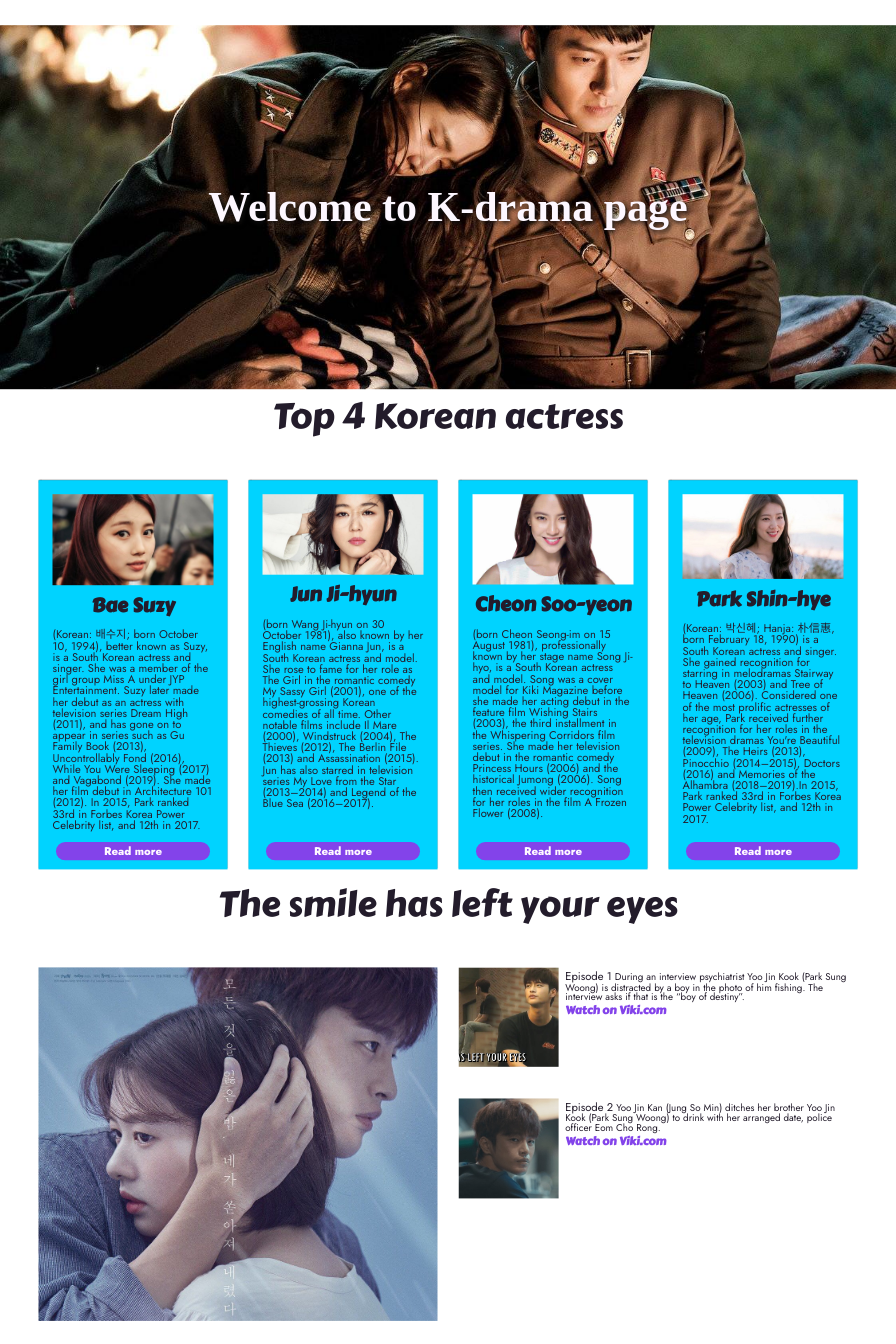
Repository: michalskirobert/K-drama-website
Page: index.html
The author's editor kept a copy of each file at every save. The page is drawn from the files as they stood at one save, then again after the next save.
The browser window is 1280 px wide. The pictures show the part of the page from y = 0 to 1920 px (the page is 2752 px tall), at 70% of full size.
A picture or video elsewhere on the page could not be fetched, so the positions and the page height are approximate. Some web fonts or font styles are not loaded; a fallback is used.

Above is the page before, as saved 2020-10-29 22:13:36.

### index.html
<!DOCTYPE html>
<html lang="en">

<head>
  <meta charset="UTF-8" />
  <meta name="viewport" content="width=device-width, initial-scale=1.0" />
  <meta name="author" content="Robert Michalski" />
  <meta name="description" content="Websie about K-drama" />
  <meta name="keywords" content="k-drama, korea, south" />
  <link rel="stylesheet" href="./css/style.css" />
  <link
    href="https://fonts.googleapis.com/css2?family=Roboto:ital,wght@0,100;0,300;0,400;0,500;0,700;0,900;1,100;1,300;1,400;1,500;1,700;1,900&display=swap"
    rel="stylesheet">
  <meta property="og:site_name" content="K-dramas" />
  <meta property="og:url" content="www.example.com" />
  <meta property="og:type" content="website" />
  <meta name="title" property="og:title" content="K-dramas are awesome!" />
  <meta name="image" property="og:image" content="./image/banner.jpg" />
  <meta property="og:image:type" content="image/png">
  <meta property="og:image:width" content="1024">
  <meta property="og:image:height" content="1024">
  <title>K-drama world</title>
</head>

<body>
  <header>
    <nav>
      <a href="./index.html" class="logo">Drama<span>.kr</span></a>
      <ul class="nav-list">
        <li><a href="#" class="nav-links">Home</a></li>
        <li><a href="#" class="nav-links">Dramas</a></li>
        <li><a href="#" class="nav-links">About</a></li>
        <li><a href="#" class="nav-links">Contact</a></li>
      </ul>
    </nav>
  </header>
  <main>
    <section class="banner">
      <div class="vertical__text">
        <h2>Welcome to K-drama page</h2>
      </div>
    </section>
    <section class="home main--box">
      <h1>Top 4 Korean actress</h1>
      <div class="container">
        <div class="box__item">
          <div class="box">
            <img src="./img/actress/bae__suzy.jpg" alt="Bae Suzy" id="suzyBae" /></a>
            <h2>Bae Suzy</h2>
            <p>
              (Korean: 배수지; born October 10, 1994), better known as Suzy, is a South Korean actress and
              singer. She was a member of the girl group Miss A under JYP Entertainment. Suzy later made her debut as an
              actress with television series Dream High (2011), and has gone on to appear in series such as Gu Family
              Book (2013), Uncontrollably Fond (2016), While You Were Sleeping (2017) and Vagabond (2019). She made her
              film debut in Architecture 101 (2012). In 2015, Park ranked 33rd in Forbes Korea Power Celebrity list, and
              12th in 2017.
            </p>
            <div class="btn__item">
              <a href="https://en.wikipedia.org/wiki/Bae_Suzy" target="_blank" class="box__button">Read more</a>
            </div>
          </div>
        </div>
        <div class="box__item">
          <div class="box">
            <img src="./img/actress/Jun_Ji_Hyun.jpg" alt="Jun ji hyun" id="junJiHyun">
            <h2>Jun Ji-hyun</h2>
            <p>
              (born Wang Ji-hyun on 30 October 1981), also known by her English name Gianna Jun, is a South
              Korean actress and model. She rose to fame for her role as The Girl in the romantic comedy My Sassy Girl
              (2001), one of the highest-grossing Korean comedies of all time. Other notable films include Il Mare
              (2000), Windstruck (2004), The Thieves (2012), The Berlin File (2013) and Assassination (2015).
              Jun has also starred in television series My Love from the Star (2013–2014) and Legend of the Blue Sea
              (2016–2017).
            </p>
            <div class="btn__item">
            <a href="https://en.wikipedia.org/wiki/Jun_Ji-hyun" target="_blank" class="box__button">Read more</a>
            </div>
          </div>
        </div>
        <div class="box__item">
          <div class="box">
            <img src="./img/actress/song-ji-hyo.jpg" alt="Cheon Soo-yeon" id="cheonSooYeon" />
            <h2>Cheon Soo-yeon</h2>
            <p>
              (born Cheon Seong-im on 15 August 1981), professionally known by her stage name Song Ji-hyo, is a South
              Korean actress and model. Song was a cover model for Kiki Magazine before she made her acting debut in the
              feature film Wishing Stairs (2003), the third installment in the Whispering Corridors film series. She
              made her television debut in the romantic comedy Princess Hours (2006) and the historical Jumong (2006).
              Song then received wider recognition for her roles in the film A Frozen Flower (2008).
            </p>
            <div class="btn__item">
            <a href="https://en.wikipedia.org/wiki/Song_Ji-hyo" class="box__button">Read more</a>
            </div>
          </div>
        </div>
        <div class="box__item">
          <div class="box">
            <img src="./img/actress/park_shinhye.jpg" alt="Park Shin-hye" id="parkShinHye" />
            <h2>Park Shin-hye</h2>
            <p>
              (Korean: 박신혜; Hanja: 朴信惠, born February 18, 1990) is a South Korean actress and singer. She gained
              recognition for starring in melodramas Stairway to Heaven (2003) and Tree of Heaven (2006). Considered one
              of the most prolific actresses of her age, Park received further recognition for her roles in the
              television dramas You're Beautiful (2009), The Heirs (2013), Pinocchio (2014–2015), Doctors (2016) and
              Memories of the Alhambra (2018–2019).In 2015, Park ranked 33rd in Forbes Korea Power Celebrity list, and
              12th in 2017.
            </p>
            <div class="btn__item">
            <a href="https://en.wikipedia.org/wiki/Park_Shin-hye" target="_blank" class="box__button">Read more</a>
            </div>
          </div>
        </div>
      </div>
      </div>
    </section>
    <section class="drama__list">
      <h2>The smile has left your eyes</h2>
      <div class="container container--drama">
        <div class="image__container__item">
          <img src="./img/dramas/theSmileHasLeftYourEyes.jpg" alt="">
        </div>
        <div class="drama__container">
          <div class="box__item box__item--drama">
            <div class="box box--drama">
              <img src="./img/dramas/tshlEp1.jpg" alt="">
              <p>
                <b>Episode 1</b>
                During an interview psychiatrist Yoo Jin Kook (Park Sung Woong) is distracted by a boy in the photo of
                him fishing. The interview asks if that is the “boy of destiny”.
              </p>
              <a href="https://www.viki.com/tv/36185c-the-smile-has-left-your-eyes" target="_blank">Watch on
                Viki.com</a>
            </div>
          </div>
          <div class="box__item box__item--drama">
            <div class="box box--drama">
              <img src="./img/dramas/tshlEp2.jpg" alt="">
              <p>
                <b>Episode 2</b>
                Yoo Jin Kan (Jung So Min) ditches her brother Yoo Jin Kook (Park Sung Woong) to drink with her arranged
                date, police officer Eom Cho Rong.
              </p>
              <a href="https://www.viki.com/tv/36185c-the-smile-has-left-your-eyes" target="_blank">Watch on
                Viki.com</a>
            </div>
          </div>
        </div>
      </div>
      <h2>Descendants of the Sun</h2>
      <div class="container container--drama">
        <div class="image__container__item desc">
          <img src="./img/dramas/Descendants_of_the_Sun.jpg" alt="Descendants of the Sun">
        </div>
        <div class="content__box">
          <p>Descendants of the Sun (Korean: 태양의 후예; RR: Taeyang-ui Huye) is a 2016 South Korean television series
            starring Song Joong-ki, Song Hye-kyo, Jin Goo, and Kim Ji-won. It aired on KBS2 from February 24
            to April 14, 2016 for 16 episodes. KBS then aired three additional special episodes from April 20 to
            April 22, 2016 containing highlights and the best scenes from the series, the drama's production process,
            behind-the-scenes footage, commentaries from cast members and the final epilogue. <br>

            The series was a major hit in South Korea where it drew a peak audience share of 38.8%. It received
            several awards, such as winning the Grand Prize in television at the 52nd Baeksang Arts Awards; and was
            named the Most Popular Show of the year by Korea Broadcasting Advertising Corporation. <br>

            The show was broadcast across Asia where it was hugely popular and has been credited with a rise in
            tourism to Korea. A local adaptation has aired in Vietnam and adaptations are planned in
            China and the Philippines.. The actors in the show also received international recognition.
          </p>
          <a href="https://www.viki.com/tv/23205c-descendants-of-the-sun">Watch on Viki.com</a>
        </div>
      </div>
      </div>
      </div>
    </section>
  </main>
  <footer>
    <div class="container__footer">
      <div class="nav__item">
        <ul class="nav-list footer">
          <li><b class="footerHeading">Menu</b></li>
          <li><a href="#">Home</a></li>
          <li><a href="#">Dramas</a></li>
          <li><a href="#">About</a></li>
          <li><a href="#">Contact</a></li>
        </ul>
        <ul class="social-media">
          <li><b class="footerHeading">Social Media</b></li>
          <li><a href="#">Facebook</a></li>
          <li><a href="#">Twitter</a></li>
          <li><a href="#">YouTube</a></li>
          <li><a href="#">Instagram</a></li>
        </ul>
        <ul class="service">
          <li><b class="footerHeading">Service</b></li>
          <li><a href="#">Support</a></li>
          <li><a href="#">Join us</a></li>
          <li><a href="#">Label</a></li>
          <li><a href="#">Shop</a></li>
        </ul>
        <ul class="partners">
          <li><b class="footerHeading">Partners</b></li>
          <li><a href="#">Viki.com</a></li>
          <li><a href="#">Enjoy.com</a></li>
          <li><a href="#">SoutKorea.kr</a></li>
          <li><a href="#">Naver.com</a></li>
        </ul>
      </div>
      <div class="form__newsletter">
        <div id="hidden__communicate">
        </div>
        <label for="mail">Newsletter</label>
        <input type="email" name="mail" id="valid__mail" placeholder="your e-mail"><input type="submit" value="Send"
          id="button" onclick="sendButton()">
      </div>
  </footer>
</body>
<script type="text/javascript" src="./js/index.js"></script>

</html>

### css/style.css
/*made by Robert Michalski*/

@import "reset.css";

/* carter-one-regular - latin */
@font-face {
  display: swap;
  font-family: "Carter One";
  font-style: normal;
  font-weight: 400;
  src: local("Carter One"), local("CarterOne"),
    url("./fonts/carter-one-v12-latin-regular.woff2") format("woff2"),
    /* Chrome 26+, Opera 23+, Firefox 39+ */
      url("./fonts/carter-one-v12-latin-regular.woff") format("woff"); /* Chrome 6+, Firefox 3.6+, IE 9+, Safari 5.1+ */
}

/* gloria-hallelujah-regular - latin */
@font-face {
  display: swap;
  font-family: "Gloria Hallelujah";
  font-style: normal;
  font-weight: 400;
  src: local("Gloria Hallelujah"), local("GloriaHallelujah"),
    url("./fonts/gloria-hallelujah-v12-latin-regular.woff2") format("woff2"),
    /* Chrome 26+, Opera 23+, Firefox 39+ */
      url("./fonts/gloria-hallelujah-v12-latin-regular.woff") format("woff"); /* Chrome 6+, Firefox 3.6+, IE 9+, Safari 5.1+ */
}

/* jost-regular - latin */
@font-face {
  font-family: "Jost";
  font-style: normal;
  font-weight: 400;
  src: local(""), url("./fonts/jost-v4-latin-regular.woff2") format("woff2"),
    /* Chrome 26+, Opera 23+, Firefox 39+ */
      url("./fonts/jost-v4-latin-regular.woff") format("woff"); /* Chrome 6+, Firefox 3.6+, IE 9+, Safari 5.1+ */
}
/* jost-600 - latin */
@font-face {
  font-family: "Jost";
  font-style: normal;
  font-weight: 600;
  src: local(""), url("./fonts/jost-v4-latin-600.woff2") format("woff2"),
    /* Chrome 26+, Opera 23+, Firefox 39+ */
      url("./fonts/jost-v4-latin-600.woff") format("woff"); /* Chrome 6+, Firefox 3.6+, IE 9+, Safari 5.1+ */
}
/* jost-800 - latin */
@font-face {
  font-family: "Jost";
  font-style: normal;
  font-weight: 800;
  src: local(""), url("./fonts/jost-v4-latin-800.woff2") format("woff2"),
    /* Chrome 26+, Opera 23+, Firefox 39+ */
      url("./fonts/jost-v4-latin-800.woff") format("woff"); /* Chrome 6+, Firefox 3.6+, IE 9+, Safari 5.1+ */
}
/* jost-italic - latin */
@font-face {
  font-family: "Jost";
  font-style: italic;
  font-weight: 400;
  src: local(""), url("./fonts/jost-v4-latin-italic.woff2") format("woff2"),
    /* Chrome 26+, Opera 23+, Firefox 39+ */
      url("./fonts/jost-v4-latin-italic.woff") format("woff"); /* Chrome 6+, Firefox 3.6+, IE 9+, Safari 5.1+ */
}

:root {
  --ff-primary: "Jost", sans-serif;
  --ff-secondary: "Carter One";
  --ff-unique: "Gloria Hallelujah";

  --fw-h2: 600;
  --fw-h3: 900;
  --fw-p: 400;

  --fs-h1: 30px;
  --fs-h2: 28px;
  --fs-h3: 20px;
  --fs-p: 16px;

  --crl-primary: #8343ea;
  --crl-secondary: #9d89b3;
  --crl-tertiary: #00d3ff;
  --crl-default: #231c2b;
  --crl-basic: #fdf7ff;
}

*,
*::after,
*::before {
  box-sizing: border-box;
  margin: 0;
  padding: 0;
  text-decoration: none;
  font-family: var(--ff-primary);
  color: var(--crl-default);
}

header {
  width: 100vw;
  position: fixed;
  background-image: linear-gradient(
    to right top,
    #8343ea,
    #8b52e0,
    #9160d6,
    #966dcb,
    #9a79c1,
    #9685c7,
    #9390cc,
    #939acf,
    #83a8e1,
    #6cb6f0,
    #4ac5f9,
    #00d3fd
  );
  max-height: 12vh;
  box-shadow: 0 0 5px #111;
  padding-bottom: 15px;
  z-index: 255;
}

@media screen and (min-width: 768px) {
  header {
    padding: 0;
  }
}

nav {
  display: flex;
  flex-direction: column;
  align-items: center;
}

main {
  padding-top: 5vh;
}

h1,
h2,
h3,
h4,
h5,
h6 {
  font-family: var(--ff-secondary);
  padding: 15px 0;
}

h1,
h2 {
  text-align: center;
  margin: 0 auto;
}

h1 {
  font-size: var(--fs-h1);
}

h2 {
  font-size: var(--fs-h2);
}

h3 {
  font-size: var(--fs-h3);
}

p,
b,
i,
label {
  font-family: var(--ff-primary);
  font-size: var(--fs-p);
}

i {
  font-weight: 400;
}

.box__button {
  font-family: var(--ff-primary);
}

@media only screen and (min-width: 768px) {
  nav {
    display: flex;
    flex-direction: row;
    flex-wrap: wrap;
    align-items: center;
    justify-content: space-between;
    padding: 0 25px;
  }
}

.logo {
  font-size: 34px;
  color: var(--crl-basic);
  font-family: var(--ff-unique);
  display: flex;
  align-items: center;
  line-height: 50px;
}

@media screen and (min-width: 768px) {
  .logo {
    width: 55px;
  }
}

.logo span {
  color: var(--crl-tertiary);
  font-size: 0.5em;
  transition: font-size 0.5s ease;
}

.logo:hover {
  font-size: 34px;
  color: var(--crl-tertiary);
}

.logo:hover > span {
  color: var(--crl-default);
  font-size: 34px;
}

.nav-list {
  display: flex;
  list-style: none;
  justify-content: space-around;
}

.nav-list li {
  padding-left: 15px;
}

.nav-links {
  color: var(--crl-basic);
  font-size: 18px;
}

.nav-links:hover,
.nav-links:focus {
  color: var(--crl-tertiary);
  font-size: 18px;
  font-weight: bold;
  transition: 0.5s ease;
  border: none;
}

.container {
  padding-top: 50px;
  max-width: 1200px;
  display: flex;
  flex-direction: column;
}

.container img {
  text-align: center;
  margin: 0 auto;
  display: block;
  width: 100%;
}

.box__item h2 {
  font-size: var(--fs-h2);
  font-weight: var(--fw-h2);
  margin-bottom: 5px;
}
.box {
  display: flex;
  position: relative;
  flex-direction: column;
  padding: 20px;
  box-shadow: 0 0 2px #111;
  overflow: hidden;
  height: calc(100% + 35px);
  background-color: var(--crl-tertiary);
}

.box--drama {
  background-color: transparent;
}

.banner {
  background-image: url(./../img/banner.jpg);
  background-position: center;
  background-size: cover;
  background-repeat: no-repeat;
  height: calc(100vh - 200px);
  width: 100%;
  display: table;
}
.vertical__text {
  display: table-cell;
  vertical-align: middle;
}
.banner h2 {
  font-size: 60px;
  font-weight: 900;
  line-height: 70px;
  color: var(--crl-basic);
  text-align: center;
  text-shadow: 2px 2px 8px #111;
  display: block;
  font-family: var(--ff-unique);
}
.box__item {
  display: flex;
  margin-bottom: 15px;
  padding: 0 15px 30px 15px;
}
a {
  font-family: var(--ff-secondary);
  color: var(--crl-primary);
  font-weight: bold;
}
a:hover {
  color: red;
  font-size: 17px;
  font-weight: 900;
  transition: 0.5s;
}
@media only screen and (min-width: 768px) {
  .container {
    margin-top: 50px;
    flex-direction: row;
    flex-wrap: wrap;
  }
  .box__item {
    display: flex;
    flex-basis: 50%;
    padding: 0 15px 30px 15px;
  }
}

.box__button {
  display: inline-block;
  width: calc(100% - 50px);
  font-size: 16px;
  border: none;
  color: var(--crl-basic);
  font-weight: 900;
  padding: 5px;
  border-radius: 150px;
  background-color: var(--crl-primary);
}
.box__button:hover {
  background-color: var(--crl-secondary);
  color: var(--crl-basic);
  padding: 8px;
  transition: 0.5s ease-in-out;
}

@media only screen and (min-width: 1200px) {
  .logo {
    display: flex;
    align-content: center;
    float: left;
    margin-left: 15px;
    line-height: normal;
  }
  .container {
    display: flex;
    flex-direction: row;
    flex-wrap: wrap;
    width: 100%;
    margin: 0 auto;
  }
  .box__item {
    flex-basis: 25%;
  }
  .nav-list {
    margin-left: auto;
    width: 800px;
    height: 8vh;
    align-items: center;
  }
  .content__box {
    flex-basis: 50%;
  }
  .desc {
    width: 600px;
  }
}

.image__container__item {
  padding: 0 15px 30px 15px;
}

.box.box--drama {
  display: block;
  padding: 0;
  align-items: center;
  border: none;
  box-shadow: none;
}
.box.box--drama p {
  margin-left: 10px;
  padding: 5px;
  font-size: 14px;
}
.box.box--drama img {
  margin-right: 10px;
  width: 30%;
  float: left;
}
h3 {
  font-size: 18px;
  font-weight: 900;
  height: fit-content;
}
.drama__title {
  display: block;
}
.content__box {
  padding: 0 15px 30px 15px;
}

@media only screen and (min-width: 768px) {
  h1,
  h2 {
    font-size: 50px;
  }
  .image__container__item {
    display: flex;
    align-items: center;
    max-width: 50%;
  }
  .box.box--drama {
    padding: 0;
    align-items: center;
  }
  .box.box--drama img {
    float: left;
    margin-top: 0;
    margin-right: 10px;
    width: 25%;
  }
  .drama__container {
    display: flex;
    flex-direction: column;
    max-width: 1200px;
    flex-basis: 50%;
  }
  .content__box {
    padding: 0 15px 30px 15px;
  }
  .desc > img {
    width: 100%;
  }
  .desc {
    margin: 0 auto;
    text-align: center;
    display: block;
    max-width: 1200px;
  }
}

footer {
  width: 100%;
  background-color: var(--crl-default);
  height: fit-content;
  display: flex;
  flex-direction: column;
}
.container__footer {
  display: flex;
  padding: 15px 0;
  flex-wrap: wrap;
  justify-content: center;
}
.nav-list.footer {
  display: flex;
  flex-direction: column;
  padding: 0 20px 0;
  flex-basis: 50%;
}

.nav-list.footer a,
.service a,
.social-media a,
.partners a {
  color: var(--crl-basic);
  line-height: 26px;
}

footer label,
footer h3,
footer p {
  color: var(--crl-secondary);
  font-weight: var(--fw-h2);
}

#hidden__communicate {
  display: none;
  color: green;
  margin-bottom: 2px;
  font-weight: 900;
}

#hidden__communicate::after {
  content: " ✔️";
}
footer h3::after {
  content: url(./../img/letter.png);
  margin-left: 5px;
}

.form__newsletter {
  padding-top: 30px;
  position: relative;
  margin: 0 auto;
}

footer [type="submit"] {
  background-color: var(--crl-primary);
  color: var(--crl-basic);
  border: none;
  padding: 7px;
  font-weight: 900;
  width: 75px;
  transition: background-color 0.5s ease;
}
footer [type="submit"]:hover {
  background-color: var(--crl-secondary);
}
input {
  padding: 5px;
}

.footerHeading {
  color: var(--crl-secondary);
  font-weight: 900;
  font-size: 20px;
  line-height: 50px;
}
.social-media,
.service,
.partners {
  flex-basis: 50%;
  padding: 0 20px 0;
}
.nav__item {
  display: flex;
  flex-wrap: wrap;
  flex-direction: row;
  align-items: center;
  justify-content: flex-start;
}

.btn__item {
  width: 100%;
  text-align: center;
  padding-top: 25px;
}

@media only screen and (min-width: 1200px) {
  .nav__item {
    display: flex;
    flex-wrap: nowrap;
    flex-direction: row;
    align-items: center;
    justify-content: flex-start;
  }
}

@media only screen and (min-width: 765px) {
  .btn__item {
    width: 100%;
    text-align: center;
    position: absolute;
    left: 0;
    right: 0;
    top: 93%;
    padding: 0;
  }
}

### css/reset.css
html, body, div, span, applet, object, iframe,
h1, h2, h3, h4, h5, h6, p, blockquote, pre,
a, abbr, acronym, address, big, cite, code,
del, dfn, em, img, ins, kbd, q, s, samp,
small, strike, strong, sub, sup, tt, var,
b, u, i, center,
dl, dt, dd, ol, ul, li,
fieldset, form, label, legend,
table, caption, tbody, tfoot, thead, tr, th, td,
article, aside, canvas, details, embed,
figure, figcaption, footer, header, hgroup,
menu, nav, output, ruby, section, summary,
time, mark, audio, video {
	margin: 0;
	padding: 0;
	border: 0;
	outline: 0;
	font-size: 100%;
	font: inherit;
	vertical-align: baseline;
	background: transparent;
}
/* HTML5 display-role reset for older browsers */
article, aside, details, figcaption, figure,
footer, header, hgroup, menu, nav, section {
	display: block;
}
body {
	line-height: 1;
}
ol, ul {
	list-style: none;
}
blockquote, q {
	quotes: none;
}
blockquote:before, blockquote:after,
q:before, q:after {
	content: '';
	content: none;
}
table {
	border-collapse: collapse;
	border-spacing: 0;
}

### js/index.js
window.onscroll= () => {
  const header = document.querySelector("header");

  if (window.innerHeight + window.scrollY >= 150) {
    header.style.display = "none";
  } else {
    header.style.display = "flex";
  }
}

function sendButton() {
  let button = document.getElementById("button");
  let comm = document.getElementById("hidden__communicate");
  if ((comm.style.display = "none")) {
    comm.style.display = "block";
    comm.innerHTML = "Your request has been sent";
    comm.style.marginBottom ="25px";
    button.style.color = "white";
    button.style.background = "green";
  } else {
  }
}

After the next save:
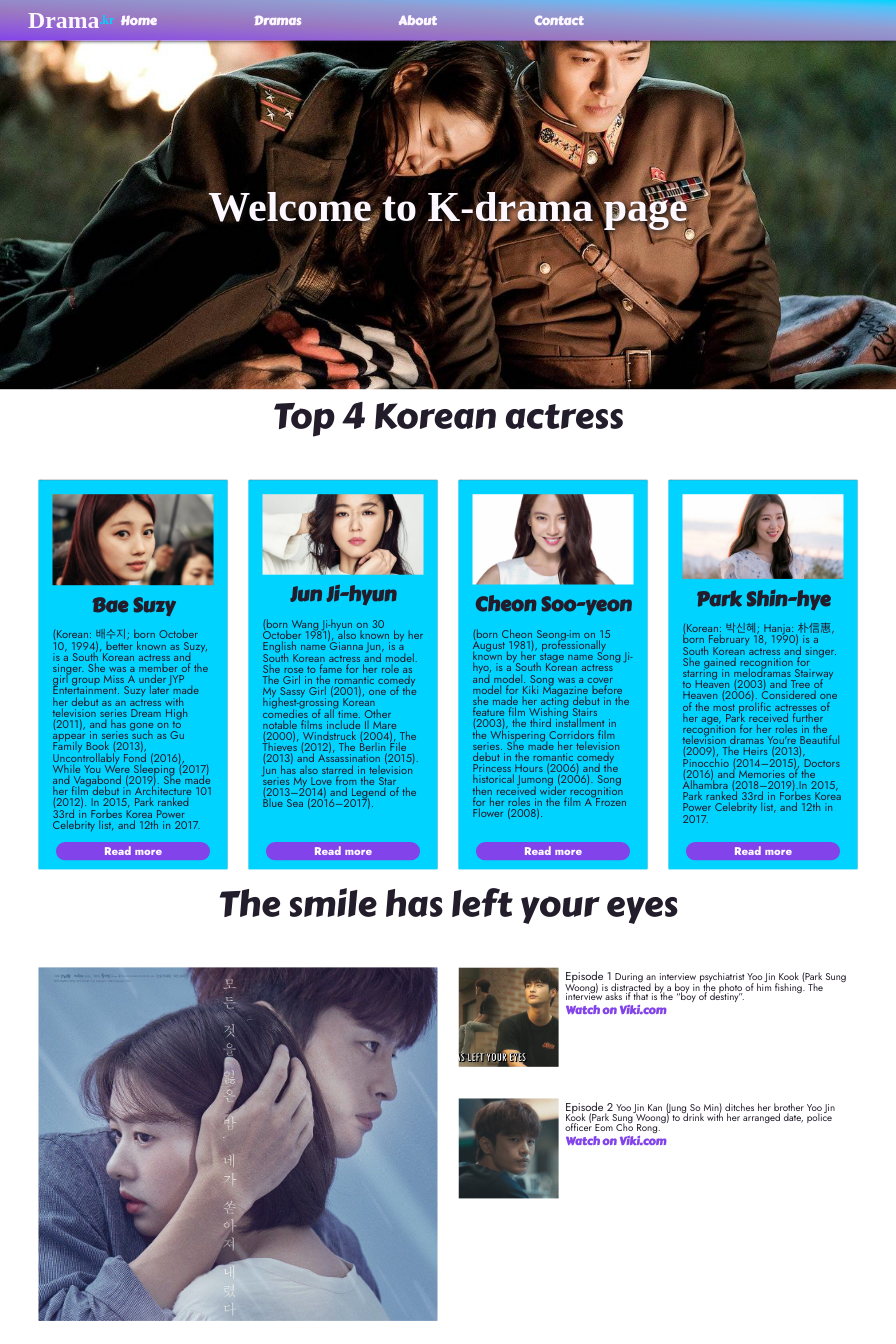
Saved 32 s later.
--- a/js/index.js
+++ b/js/index.js
@@ -1,7 +1,7 @@
 window.onscroll= () => {
   const header = document.querySelector("header");
 
-  if (window.innerHeight + window.scrollY >= 150) {
+  if (document.documentElement.scrollTop > 80) {
     header.style.display = "none";
   } else {
     header.style.display = "flex";
